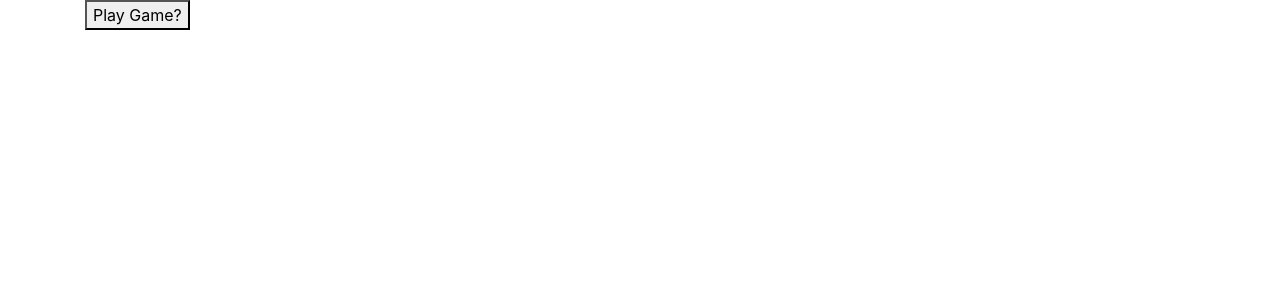
Repository: dsaftler/Trivia
Page: index.html
The author's editor kept a copy of each file at every save. The page is drawn from the files as they stood at one save, then again after the next save.
The browser window is 1280 px wide. The pictures show the whole page.

Above is the page before, as saved 2019-04-12 18:55:53.

After the next save:
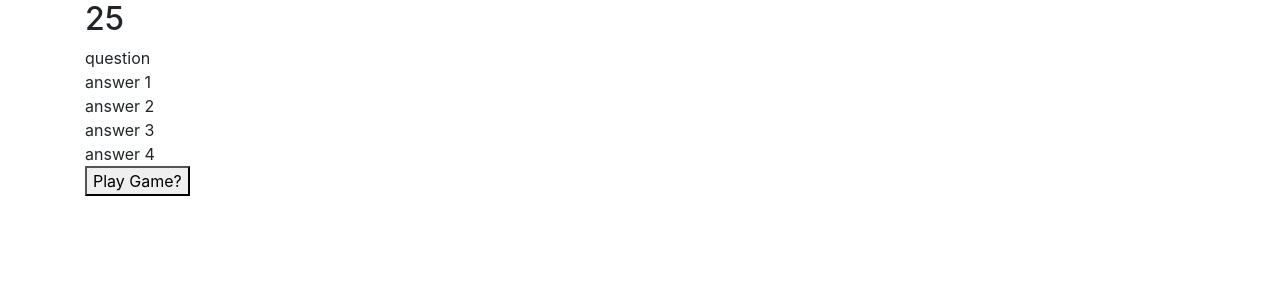
Saved 12 s later.
--- a/assets/javascript/app.js
+++ b/assets/javascript/app.js
@@ -61,10 +61,9 @@ function initGame() {
   wrongs = 0;
   misses = 0;
   seconds = 30;
-  GameState = States.PREGAME;
 
+  newQuestion();
 }
-
 
 
 function newQuestion()

After the save that followed:
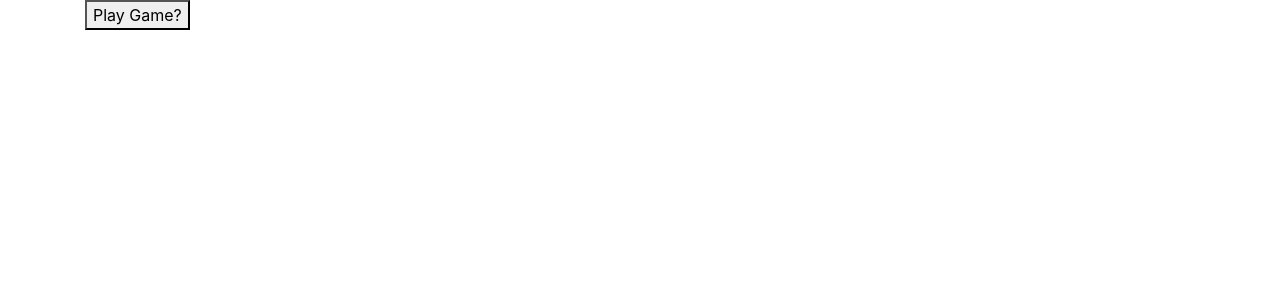
Saved 20 s later.
--- a/assets/javascript/app.js
+++ b/assets/javascript/app.js
@@ -34,7 +34,6 @@ var GameState = States.PREGAME;
 $("document").ready(function () {
   //qArray.forEach(function initGame(currentVal){
  //for (let i=0; i<qArray.length;i++){
-  initGame();
   //  $(".answers").click(function () {
   //   var $target = $(this).attr("id")
   //   itarget = "answer" + "2"
